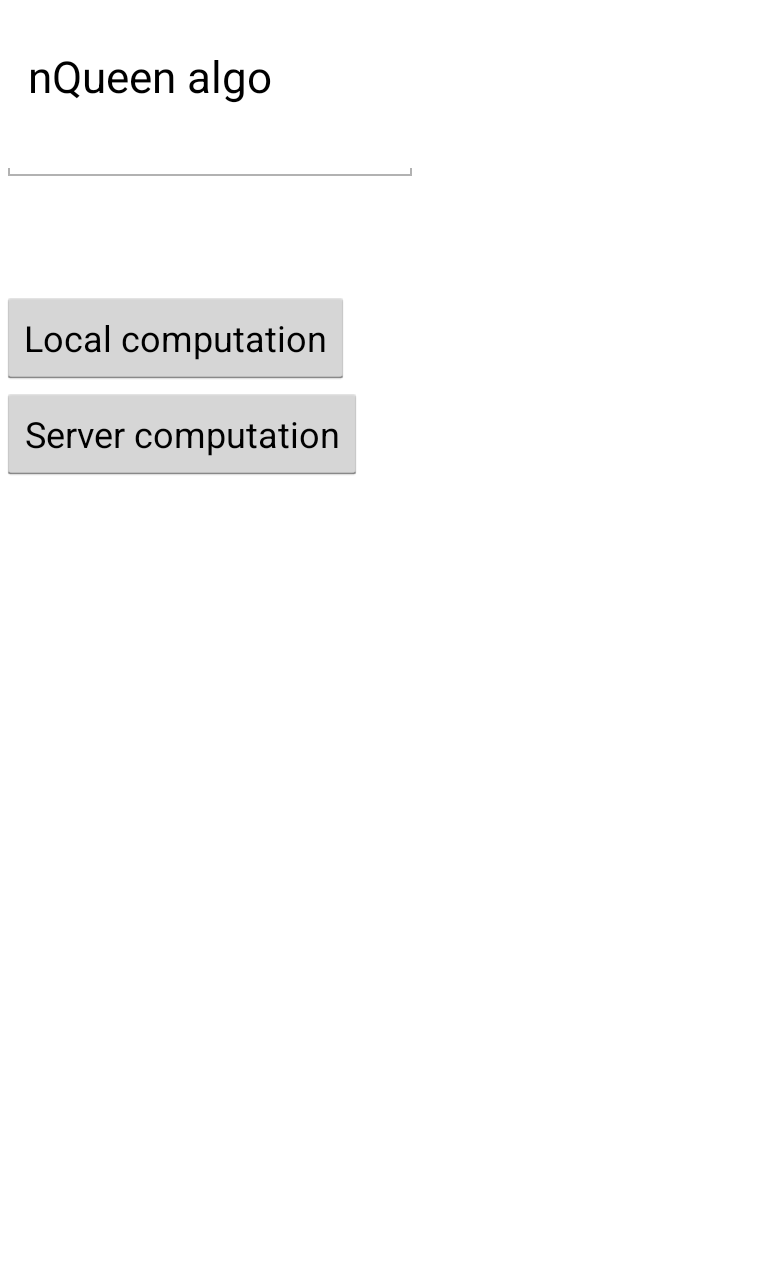
Repository: steve-ng/android-patterns
Layout: Pattern-PartnerCloud/res/layout/activity_main.xml
These files come from the project's save history. The layout is drawn as it stood at one moment and after the next save; the edit follows.
It is drawn on a 768 x 1280 px phone screen (xhdpi) without system bars, with theme AppTheme; the app's code is not run.

Above is the layout before, as saved 2013-11-02 10:30:30.

After the next save:
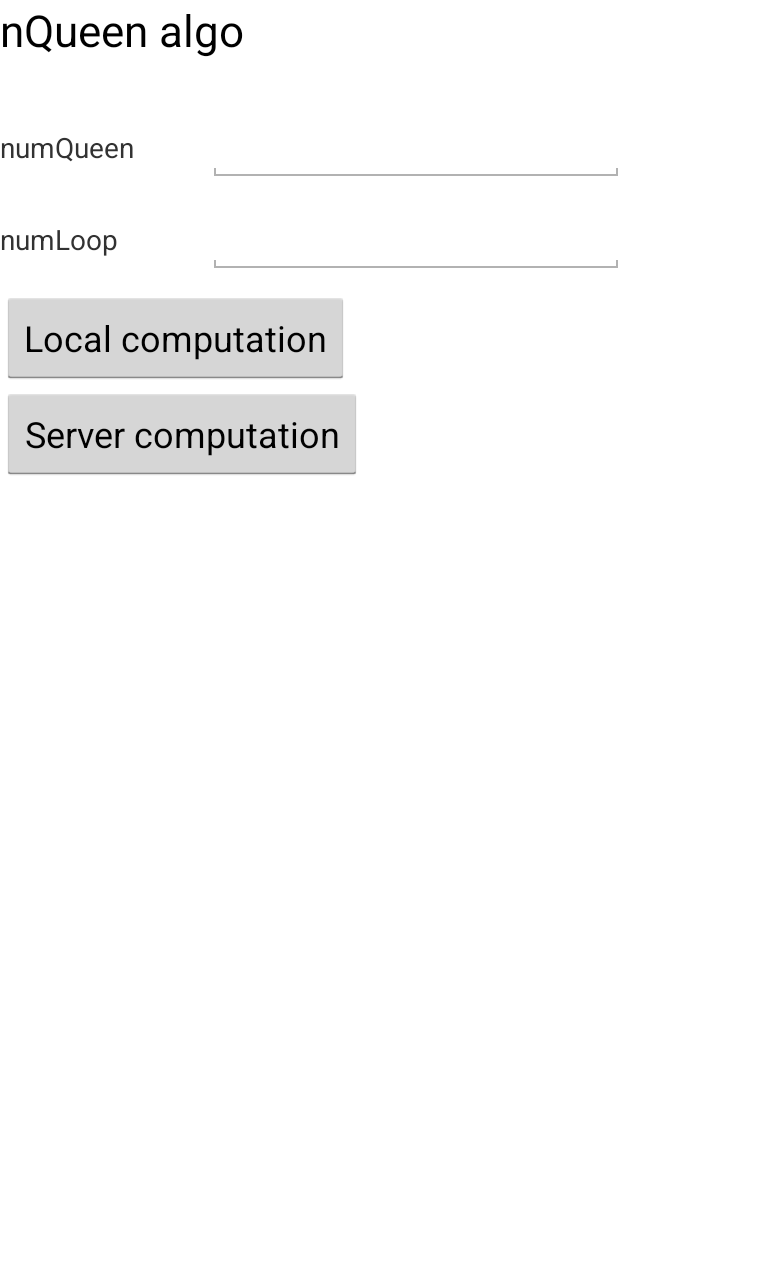
Saved 3 s later.
--- a/Pattern-PartnerCloud/res/layout/activity_main.xml
+++ b/Pattern-PartnerCloud/res/layout/activity_main.xml
@@ -10,28 +10,57 @@
         android:layout_height="wrap_content" >
 
         <RelativeLayout
-            android:layout_width="wrap_content"
+            android:layout_width="313dp"
             android:layout_height="145dp" >
+
+            <TextView
+                android:id="@+id/textView1"
+                android:layout_width="wrap_content"
+                android:layout_height="wrap_content"
+                android:layout_alignParentLeft="true"
+                android:layout_alignParentTop="true"
+                android:text="nQueen algo"
+                android:textAppearance="?android:attr/textAppearanceLarge" />
+
+            <TextView
+                android:id="@+id/textView2"
+                android:layout_width="wrap_content"
+                android:layout_height="wrap_content"
+                android:layout_alignBaseline="@+id/numQueens"
+                android:layout_alignBottom="@+id/numQueens"
+                android:layout_alignParentLeft="true"
+                android:text="numQueen"
+                android:textAppearance="?android:attr/textAppearanceSmall" />
 
             <EditText
                 android:id="@+id/numQueens"
                 android:layout_width="wrap_content"
                 android:layout_height="wrap_content"
-                android:layout_alignParentLeft="true"
+                android:layout_alignParentRight="true"
                 android:layout_centerVertical="true"
                 android:ems="10" />
 
             <TextView
-                android:id="@+id/textView1"
+                android:id="@+id/TextView01"
                 android:layout_width="wrap_content"
                 android:layout_height="wrap_content"
-                android:layout_above="@+id/numQueens"
                 android:layout_alignParentLeft="true"
-                android:layout_marginLeft="14dp"
-                android:text="nQueen algo"
-                android:textAppearance="?android:attr/textAppearanceLarge" />
+                android:layout_below="@+id/numQueens"
+                android:layout_marginTop="18dp"
+                android:text="numLoop"
+                android:textAppearance="?android:attr/textAppearanceSmall" />
+
+            <EditText
+                android:id="@+id/numLoop"
+                android:layout_width="wrap_content"
+                android:layout_height="wrap_content"
+                android:layout_alignBaseline="@+id/TextView01"
+                android:layout_alignBottom="@+id/TextView01"
+                android:layout_alignParentRight="true"
+                android:ems="10" />
 
         </RelativeLayout>
+
     </LinearLayout>
 
     <Button
